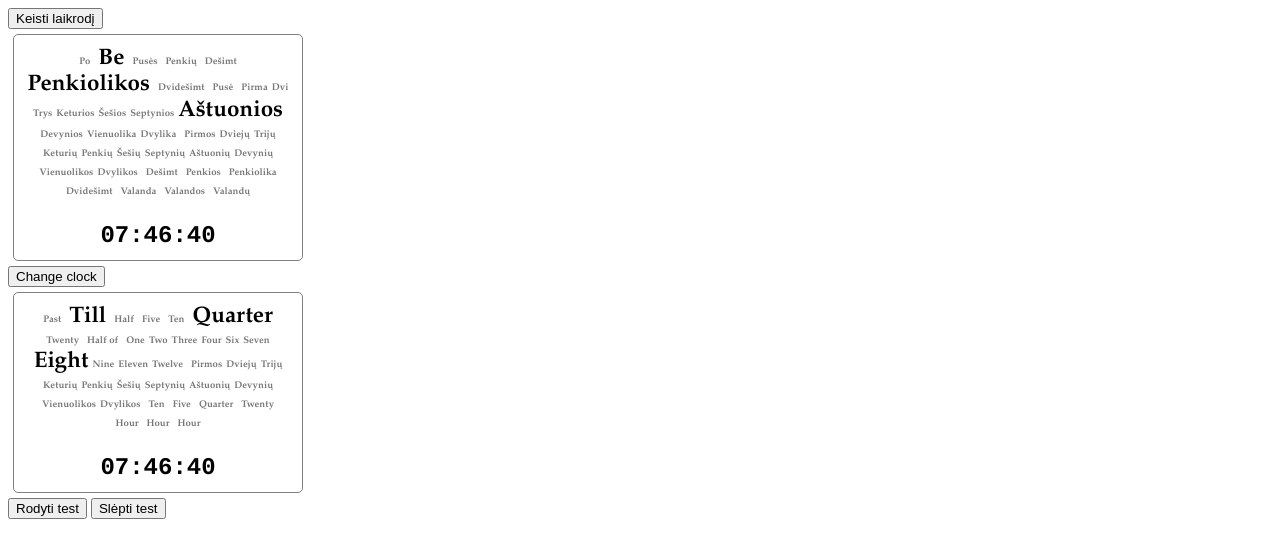
Repository: Skaidrius/WordClock
Page: index.html
The author's editor kept a record of every edit. The page is drawn from the files as they stood at one moment, then again after the next edit.
The browser window is 1280 px wide. The pictures show the whole page.
Some web libraries are served in a nearby version.

Above is the page before.

After the next edit:
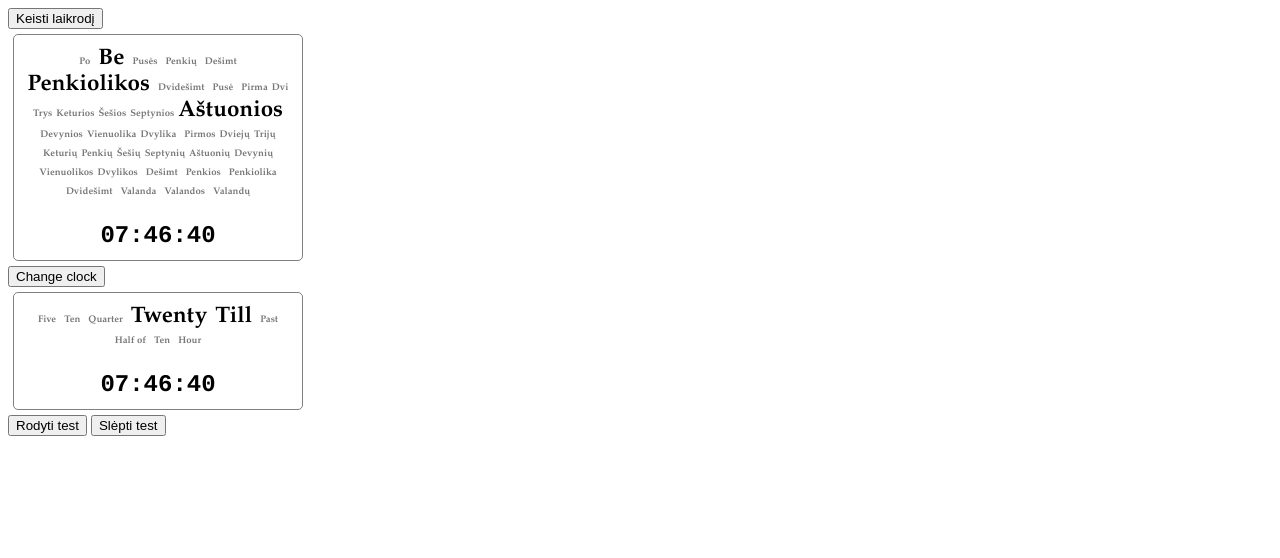
The edit:
--- a/app.js
+++ b/app.js
@@ -195,6 +195,6 @@
 
 app.directive('showBigClockEn', function(){
     return {
-        templateUrl: 'clock.html'
-    };
-});
+        templateUrl: 'clockEn.html'
+    };
+});
